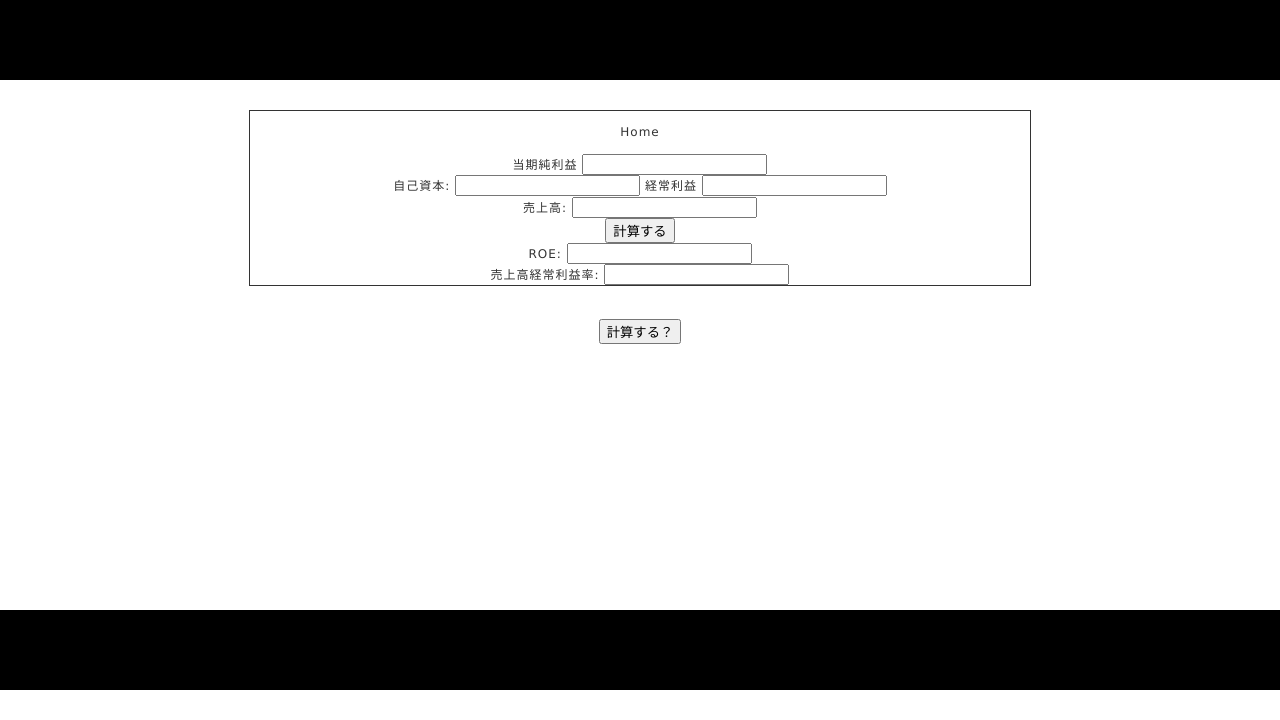
Repository: HattoriKotaro19920408/Keisanchan
Page: http://localhost/Keisanchan/
These files come from the project's save history. The page is drawn as it stood at one moment and after the next save; the edit follows.
The browser window is 1280 px wide. The pictures show the whole page.
The page is served by Tomcat 9. Other server files are loaded and not shown.

Above is the page before, as saved 2018-08-16 04:40:55.

### Keisanchan/WebContent/home.jsp
<%@ page language="java" contentType="text/html; charset=UTF-8"
    pageEncoding="UTF-8"%>
<%@ taglib prefix="s" uri="/struts-tags" %>
<!DOCTYPE html PUBLIC "-//W3C//DTD HTML 4.01 Transitional//EN" "http://www.w3.org/TR/html4/loose.dtd">
<html>
<head>
<meta http-equiv="Content-Type" content="text/html; charset=utf-8" />
<meta http-equiv="Content-Style-Type" content="text/css" />
<meta http-equiv="Content-Script-Type" content="text/javascript" />
<meta http-equiv="imagetoolbar" content="no" />
<meta name="description" content="" />
<meta name="keywords" content="" />

<title>Home画面</title>
<style type="text/css">
   body{
      margin:0;
      padding:0;
      line-height:1.6;
      letter-spacing:1px;
      font-family:Verdana, Helvetica, sans-serif;
      font-size:12px;
      color:#333;
      background:#fff;
   }
   table{
     text-align:center;
     margin:o auto;
   }

   #top{
     width:780px;
     margin:30px auto;
     border:1px solid #333;
   }
   #header{
     width:100%;
     height:80px;
     background-color:black;
   }
   #main{
     width:100%;
     height:500px;
     text-align:center;
   }
   #footer{
     width:100%;
     height:80px;
     background-color:black;
     clear:both;
   }
   #text-center{
      display:inline-block;
      text-align:center;
   }
</style>
</head>
<body>
 <div id="header">
         <div id="pr">
         </div>
    </div>

    <div id="main">
         <div id="top">
              <p>Home</p>

<!--               <form oninput="document.getElementById('roe').value = -->
<!-- 					parseInt(document.getElementById('toki').value, 10) / -->
<!-- 					parseInt(document.getElementById('zikoshi').value, 10)"> -->
<!-- 					<p>当期純利益<input type="number" id="toki"><p/> -->
<!-- 					<br><p>自己資本<input type="number" id="zikoshi"></p> -->

<!-- 					<output for="toki zikoshi" id="roe">計算結果</output> -->
<!-- 					<output for="toki zikoshi" id="roe">計算結果</output> -->
<!-- 					<output for="toki zikoshi" id="roe">計算結果</output> -->
<!-- 					</form> -->
	<form>
        <label for="toki">当期純利益 </label>
        <input type="text" id="toki"><br>
        <label for="zikoshi">自己資本: </label>
        <input type="text" id="zikoshi">

         <label for="keijo">経常利益 </label>
        <input type="text" id="keijo"><br>
        <label for="uriage">売上高: </label>
        <input type="text" id="uriage">

        <br><button id="button">計算する</button>
    </form>

    <label for="roe">ROE: </label>
    <input type="text" id="roe"><br>
     <label for="uriage_keijo_ratio">売上高経常利益率: </label>
    <input type="text" id="uriage_keijo_ratio">


<script>

// ボタンの要素を取得
var button = document.getElementById("button");

// ボタンをクリックした時の処理
button.addEventListener("click", function(e) {

    e.preventDefault();

    // 2つの入力フォームの値を取得
    var toki = document.getElementById("toki").value;
    var zikoshi = document.getElementById("zikoshi").value;
    var keijo = document.getElementById("keijo").value;
    var uriage = document.getElementById("uriage").value;

    // 2つの数値を足す
    var sum = parseInt(toki, 10) + parseInt(zikoshi, 10);
    var sum = parseInt(uriage, 10) / parseInt(keijo, 10);

    // 足し算の結果を別の入力フォームに表示
    var roe = document.getElementById("roe");
    roe.value = sum;

    var uriage_keijo_ratio = document.getElementById("uriage_keijo_ratio");
    uriage_keijo_ratio.value = sum;
});

</script>


<!-- 					 <form ="KeisanAction"> -->


<!-- <p>当期純利益<input type="number" name="toki" value=""><p/> -->
<!-- <br><p>自己資本<input type="number" name="zikoshi" value=""></p> -->
<!-- <br><p>経常利益<input type="number" name="keijo" value=""></p> -->
<!-- <br><p>売上高<input type="number" name="uriage" value=""></p> -->
<!-- <br><p>売上総利益<input type="number" name="uriage_sori" value=""></p> -->
<!-- <br><p>営業利益<input type="number" name="eigyo" value=""></p> -->
<!-- <br><p>総資産<input type="number" name="total_assets" value=""></p> -->
<!-- <br><p>売上債権<input type="number" name="uriage_saiken" value=""></p> -->
<!-- <br><p>売上原価<input type="number" name="uriage_genka" value=""></p> -->
<!-- <br><p>棚卸資産<input type="number" name="tana" value=""></p> -->
<!-- <br><p>流動資産<input type="number" name="ryudo_assets" value=""></p> -->
<!-- <br><p>流動負債<input type="number" name="ryudo_fusai" value=""></p> -->
<!-- <br><p>固定資産<input type="number" name="kotei_assets" value=""></p> -->
<!-- <br><p>負債合計<input type="number" name="total_fusai" value=""></p> -->
<!-- </form> -->


         </div>

         <div id="text-center">
              <s:form action="HomeAction">
                      <s:submit value="計算する？"/>
              </s:form>
              <s:if test = "#session.id !=null">
                      <p>ログアウトする場合は<a href='<s:url action="LoginAction"/>'>こちら</a></p>
              </s:if>
         </div>
    </div>
    <div id="footer">
         <div id = "pr">
         </div>
    </div>

</body>
</html>

After the next save:
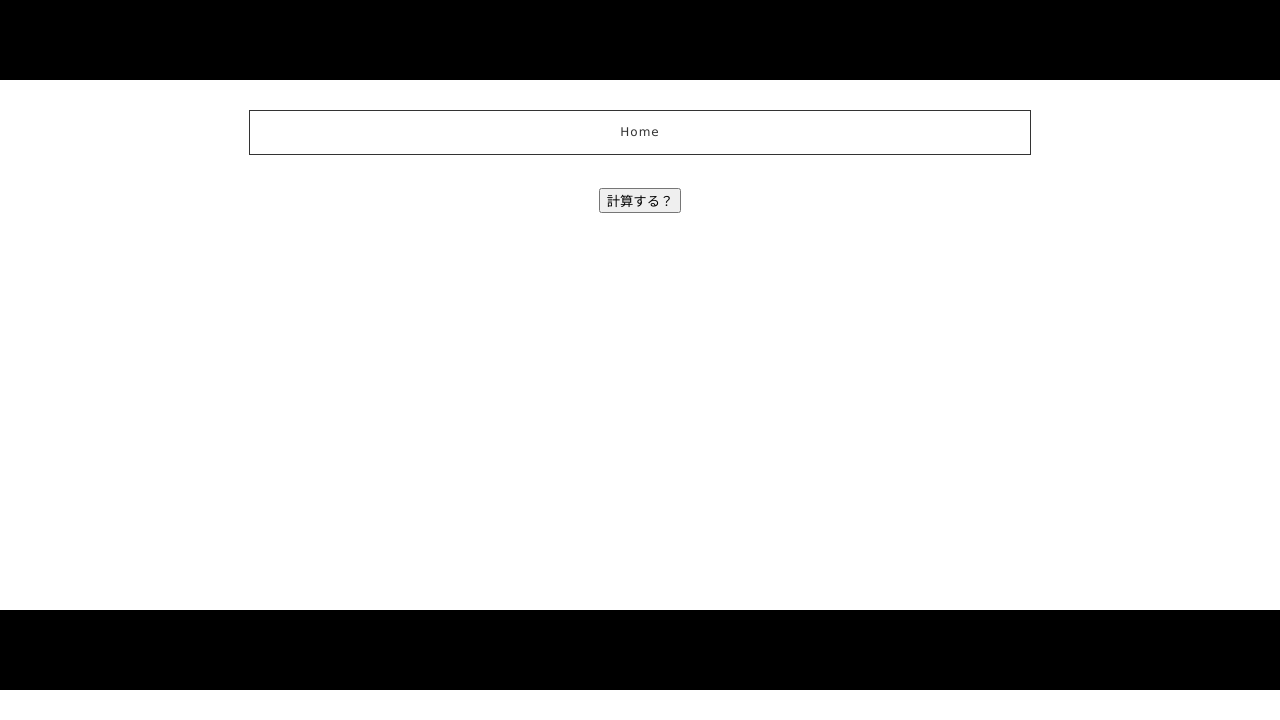
Saved 43 s later.
--- a/Keisanchan/WebContent/home.jsp
+++ b/Keisanchan/WebContent/home.jsp
@@ -75,55 +75,61 @@
 <!-- 					<output for="toki zikoshi" id="roe">計算結果</output> -->
 <!-- 					<output for="toki zikoshi" id="roe">計算結果</output> -->
 <!-- 					</form> -->
-	<form>
-        <label for="toki">当期純利益 </label>
-        <input type="text" id="toki"><br>
-        <label for="zikoshi">自己資本: </label>
-        <input type="text" id="zikoshi">
-
-         <label for="keijo">経常利益 </label>
-        <input type="text" id="keijo"><br>
-        <label for="uriage">売上高: </label>
-        <input type="text" id="uriage">
-
-        <br><button id="button">計算する</button>
-    </form>
-
-    <label for="roe">ROE: </label>
-    <input type="text" id="roe"><br>
-     <label for="uriage_keijo_ratio">売上高経常利益率: </label>
-    <input type="text" id="uriage_keijo_ratio">
 
 
-<script>
 
-// ボタンの要素を取得
-var button = document.getElementById("button");
 
-// ボタンをクリックした時の処理
-button.addEventListener("click", function(e) {
 
-    e.preventDefault();
 
-    // 2つの入力フォームの値を取得
-    var toki = document.getElementById("toki").value;
-    var zikoshi = document.getElementById("zikoshi").value;
-    var keijo = document.getElementById("keijo").value;
-    var uriage = document.getElementById("uriage").value;
+<!-- 	<form> -->
+<!--         <label for="toki">当期純利益 </label> -->
+<!--         <input type="text" id="toki"><br> -->
+<!--         <label for="zikoshi">自己資本: </label> -->
+<!--         <input type="text" id="zikoshi"> -->
 
-    // 2つの数値を足す
-    var sum = parseInt(toki, 10) + parseInt(zikoshi, 10);
-    var sum = parseInt(uriage, 10) / parseInt(keijo, 10);
+<!--          <label for="keijo">経常利益 </label> -->
+<!--         <input type="text" id="keijo"><br> -->
+<!--         <label for="uriage">売上高: </label> -->
+<!--         <input type="text" id="uriage"> -->
 
-    // 足し算の結果を別の入力フォームに表示
-    var roe = document.getElementById("roe");
-    roe.value = sum;
+<!--         <br><button id="button">計算する</button> -->
+<!--     </form> -->
 
-    var uriage_keijo_ratio = document.getElementById("uriage_keijo_ratio");
-    uriage_keijo_ratio.value = sum;
-});
+<!--     <label for="roe">ROE: </label> -->
+<!--     <input type="text" id="roe"><br> -->
+<!--      <label for="uriage_keijo_ratio">売上高経常利益率: </label> -->
+<!--     <input type="text" id="uriage_keijo_ratio"> -->
 
-</script>
+
+<%-- <script> --%>
+
+<!-- // // ボタンの要素を取得 -->
+<!-- // var button = document.getElementById("button"); -->
+
+<!-- // // ボタンをクリックした時の処理 -->
+<!-- // button.addEventListener("click", function(e) { -->
+
+<!-- //     e.preventDefault(); -->
+
+<!-- //     // 2つの入力フォームの値を取得 -->
+<!-- //     var toki = document.getElementById("toki").value; -->
+<!-- //     var zikoshi = document.getElementById("zikoshi").value; -->
+<!-- //     var keijo = document.getElementById("keijo").value; -->
+<!-- //     var uriage = document.getElementById("uriage").value; -->
+
+<!-- //     // 2つの数値を足す -->
+<!-- //     var sum = parseInt(toki, 10) + parseInt(zikoshi, 10); -->
+<!-- //     var sum = parseInt(uriage, 10) / parseInt(keijo, 10); -->
+
+<!-- //     // 足し算の結果を別の入力フォームに表示 -->
+<!-- //     var roe = document.getElementById("roe"); -->
+<!-- //     roe.value = sum; -->
+
+<!-- //     var uriage_keijo_ratio = document.getElementById("uriage_keijo_ratio"); -->
+<!-- //     uriage_keijo_ratio.value = sum; -->
+<!-- // }); -->
+
+<%-- </script> --%>
 
 
 <!-- 					 <form ="KeisanAction"> -->
